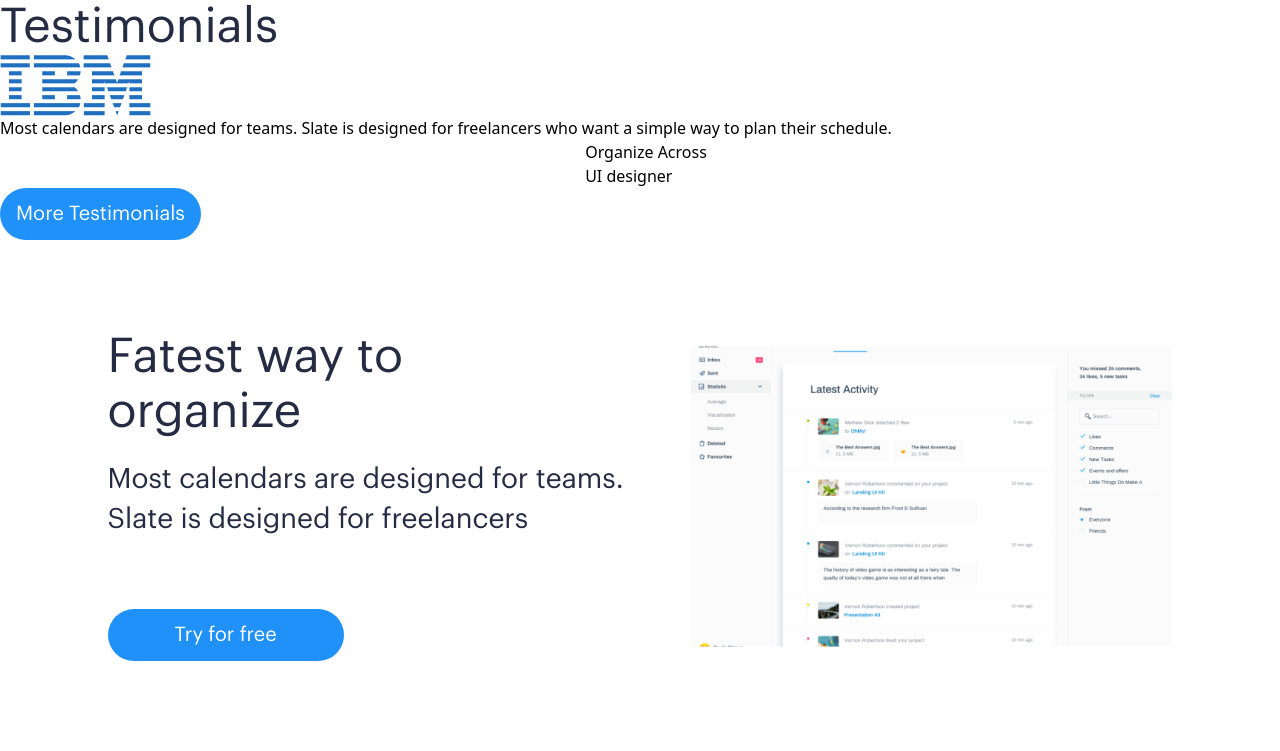
Repository: SK3010z/figmaland-tailwind
Page: /
An editor plug-in stored every save of this project. The page is shown before and after the next save, followed by the edit.
The browser window is 1280 px wide. The pictures show the whole page.
The project was rebuilt for these pictures with package versions that can differ from the ones it lists, and the page was loaded fresh each time. Also part of the build but not shown: vite.config.js, src/mediaQueries.jsx.

Above is the page before, as saved 2024-08-19 15:15:21.

### index.html
<!doctype html>
<html lang="en">
  <head>
    <meta charset="UTF-8" />
    <link rel="icon" type="image/svg+xml" href="/vite.svg" />
    <meta name="viewport" content="width=device-width, initial-scale=1.0" />
    <title>FigmaLand</title>
  </head>
  <body class>
    <div id="root"></div>
    <script type="module" src="/src/main.jsx"></script>
  </body>
</html>

### src/main.jsx
import { StrictMode } from 'react'
import { createRoot } from 'react-dom/client'
import App from './App.jsx'
import MediaQueries from './mediaQueries.jsx'
import './index.css'

createRoot(document.getElementById('root')).render(
  <StrictMode>
    <App/>
  </StrictMode>
)

### src/App.jsx
import { CalendarFeature } from "./components/CalendarFeature"
import { Testimonials } from "./components/Testimonials"
function App() {
  return (
    <div className="bg-darkBackground">
      <Testimonials></Testimonials>
      <CalendarFeature></CalendarFeature>
    </div>
  )
}

export default App

### src/index.css
@tailwind base;
@tailwind components;
@tailwind utilities;

@font-face {
  font-family: "Graphik-bold";
  src: url(./fonts/Graphik/Graphik-Bold-Trial.otf) format("opentype");
  font-style: normal;
  font-display: swap;
}
@font-face {
  font-family: "Graphik";
  src: url(./fonts/Graphik/Graphik-Regular-Trial.otf) format("opentype");
  font-style: normal;
  font-display: swap;
}

### src/components/CalendarFeature/index.jsx
import { Button } from "../Button";
import { Heading } from "../Heading";
import CalendarImage from "../../assets/images/features/calendar-feature-screenshot.png";

export const CalendarFeature = ({}) => {
    return (
        <section className="bg-white py-[90px] px-5">
            <div className="w-full max-w-[400px] flex flex-col justify-center items-center mx-auto lg:flex-row lg:max-w-[1243px] lg:gap-[50px]">
                <div className="flex flex-col">
                    <Heading type="h2" className="text-center lg:text-left lg:max-w-[336px]">
                        Fatest way to organize
                    </Heading>
                    <Heading type="h4" className="mb-[60px] mt-4 text-center lg:text-left lg:mb-[70px] lg:mt-[19px] lg:max-w-[532px]">
                        Most calendars are designed for teams. Slate is designed
                        for freelancers
                    </Heading>
                    <Button className="lg:max-w-[236px]">Try for free</Button>
                </div>
                <img  src={CalendarImage} />
            </div>
        </section>
    );
};

### src/components/Testimonials/index.jsx
import { Button } from "../Button";
import { Heading } from "../Heading";
import IbmLogo from "../../assets/images/brands/IbmLogo.png"
import TestimonialPerson from "../../assets/images/testimonials/testimonial-1.png"

export const Testimonials = () => {
    return (
        <section className="bg-white">
            <Heading type="h2">Testimonials</Heading>
            <div>
                <img src={IbmLogo}/>
                <p>
                    Most calendars are designed for teams. Slate is designed for
                    freelancers who want a simple way to plan their schedule.
                </p>
                <div className="flex gap-3 justify-center items-center">
                    <img/>
                    <div>
                        <p>Organize Across</p>
                        <p>UI designer</p>
                    </div>
                </div>
            </div>
            <Button>More Testimonials</Button>
        </section>
    );
};

### src/components/Button/index.jsx
export const Button = ({ children, variant = "primary", isBold = false, className = ''}) => {
  return (
    <button
      className={`${className} flex items-center justify-center p-4 rounded-full font-graphik text-xl leading-5
        ${
          variant === "primary"
            ? "bg-primary text-white"
            : "bg-white text-primary"
        }
        ${isBold && "font-graphik-bold"}
      `}
    >
      {children}
    </button>
  );
};

### src/components/Heading/index.jsx
export const Heading = ({children, type = "h1", color = '', className = ''}) => {
    const customizedColor = color === 'white' ? 'text-white' : 'text-text'

    if (type == "h1") {
        return (
            <h1 className={`${className} text-[4.625rem] leading-[84px] font-graphik-bold ${customizedColor}`}>{children}</h1>
        )
    }
    if (type == "h4") {
        return (
            <h1 className={`${className} text-[28px] leading-[40px] font-graphik ${customizedColor}`}>{children}</h1>
        )
    }

    return(
     <h2 className={`${className} text-5xl leading-[55px] font-graphik ${customizedColor}`}>{children}</h2>
    )
};

### tailwind.config.js
/** @type {import('tailwindcss').Config} */
export default {
  content: [
    "./index.html",
    "./src/**/*.{js,ts,jsx,tsx}",
  ],
  theme: {
    extend: {
      fontFamily: {
        'graphik': ['Graphik','sans-serif'],
        'graphik-bold': ['Graphik-bold','sans-serif']
      },
      colors: {
        primary: '#2091F9',
        text: '#252B42',
        decondaryText: '#374754',
        darkBackground: '#252B42'
      }
    },
  },
  plugins: [],
}

After the next save:
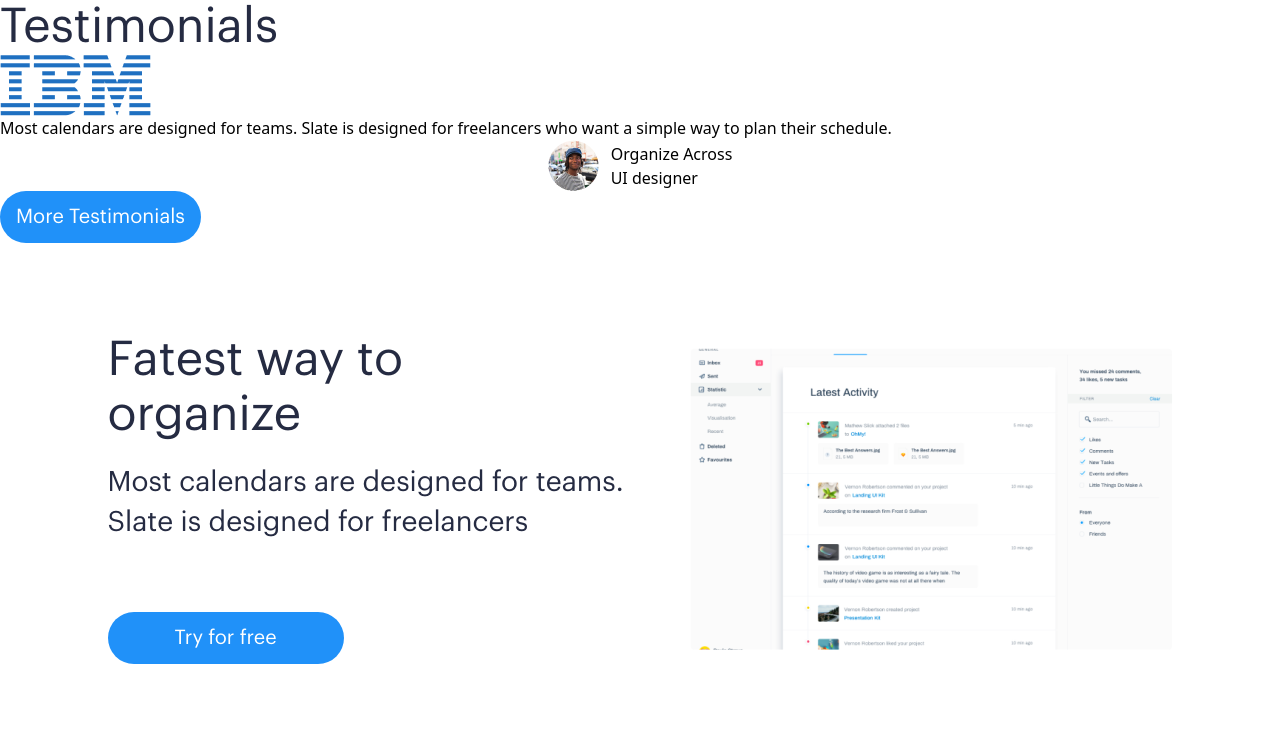
Saved 43 s later.
--- a/src/components/Testimonials/index.jsx
+++ b/src/components/Testimonials/index.jsx
@@ -14,7 +14,7 @@
                     freelancers who want a simple way to plan their schedule.
                 </p>
                 <div className="flex gap-3 justify-center items-center">
-                    <img/>
+                    <img src={TestimonialPerson}/>
                     <div>
                         <p>Organize Across</p>
                         <p>UI designer</p>
